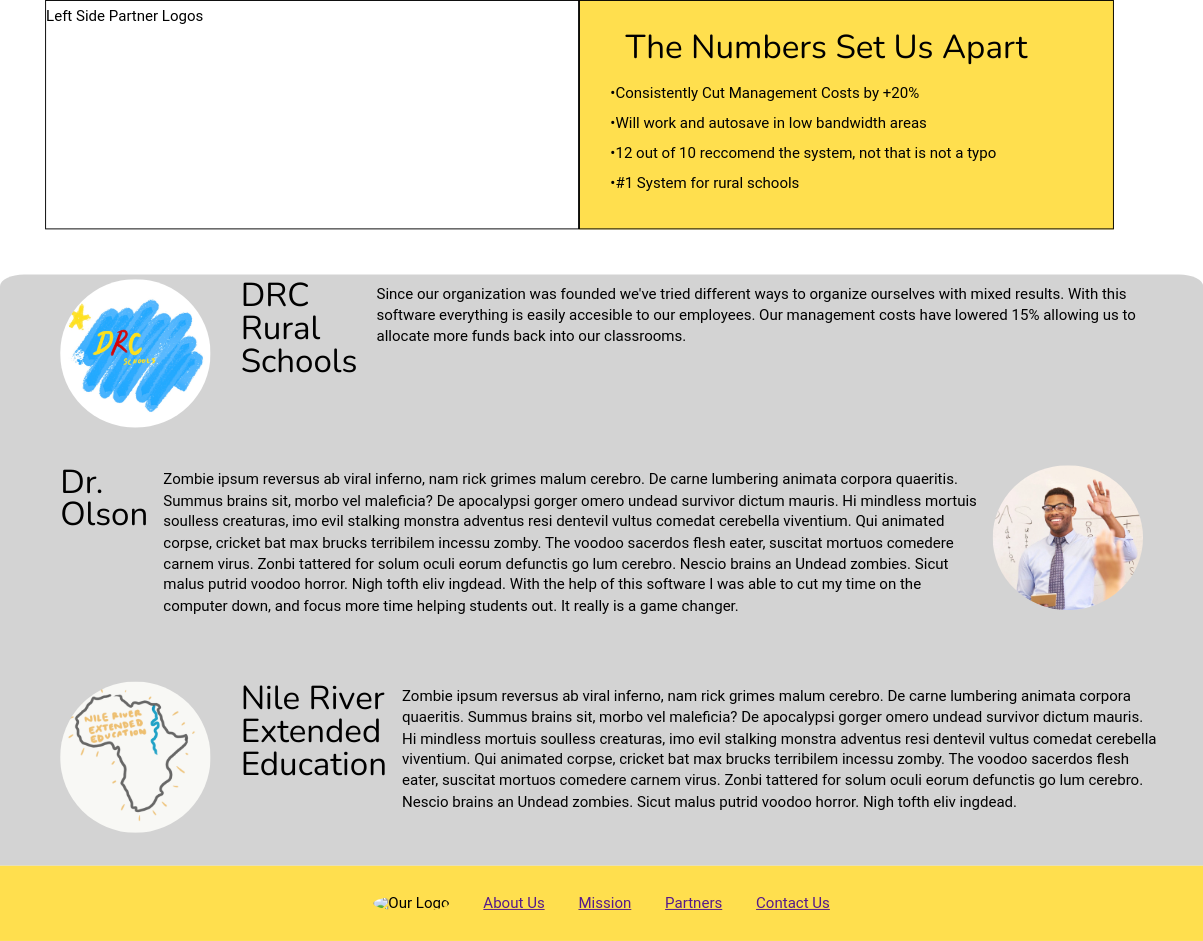
Repository: internationalrural-school-report/maketing-page
Page: marketing.html
These files come from the project's save history. The page is drawn as it stood at one moment and after the next save; the edit follows.
The browser window is 1280 px wide. The pictures show the whole page, at 94% of full size.

Above is the page before, as saved 2019-08-24 10:38:49.

After the next save:
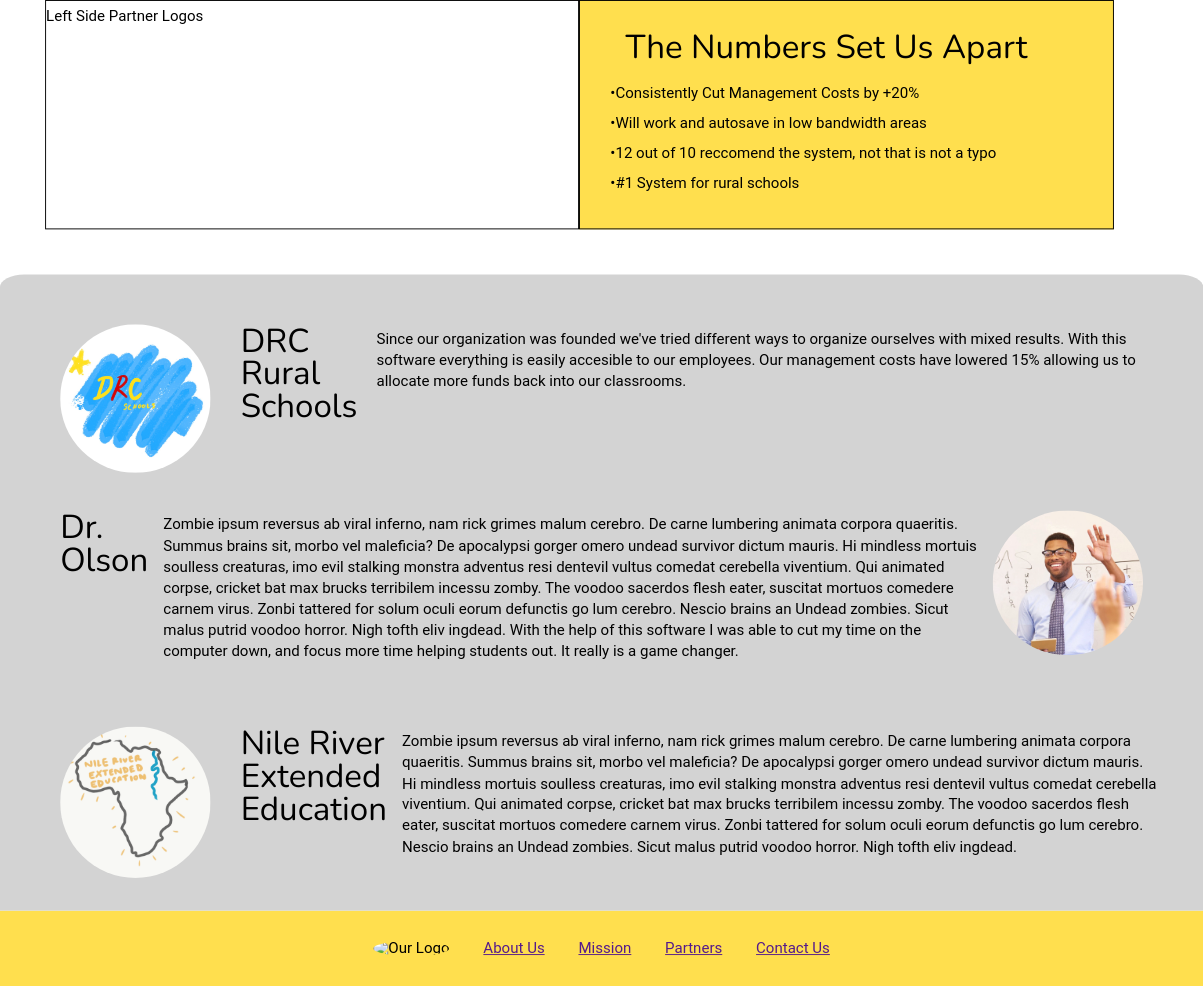
Saved 26 s later.
--- a/css-marketing.css
+++ b/css-marketing.css
@@ -106,6 +106,7 @@ img {
     border-top-left-radius: 2%;
     margin-top: 3rem;
     background: lightgray;
+    padding-top: 3rem;
     padding-left: 3rem;
     padding-right: 3rem;
 
